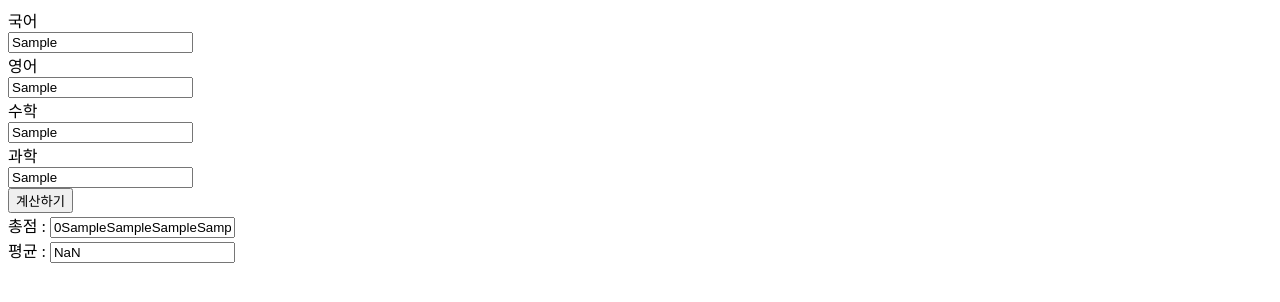
Repository: astute22/web-p
Page: simple-script/WebContent/day4/sample7.html
These files come from the project's save history. The page is drawn as it stood at one moment and after the next save; the edit follows.
The browser window is 1280 px wide. The pictures show the whole page.
Empty fields were first filled with sample values (such as "Sample", 5 or name@example.com).
After loading, the first visible `#btn` was clicked once.

Above is the page before, as saved 2017-08-28 05:32:20.

After the next save:
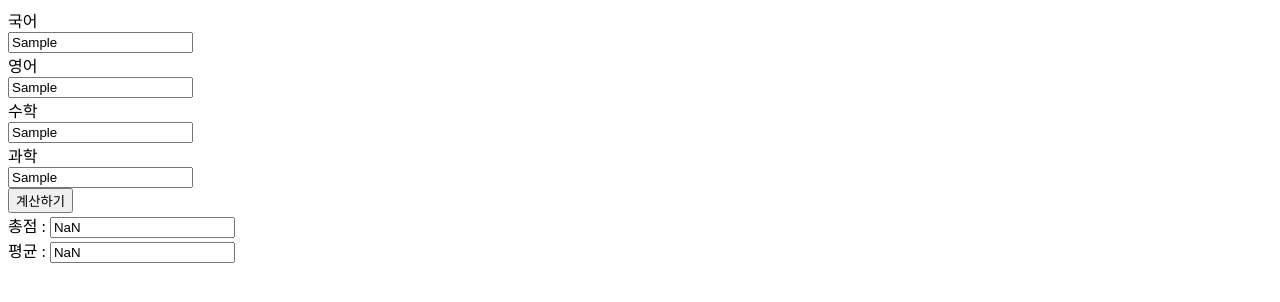
Saved 67 s later.
--- a/simple-script/WebContent/day4/sample7.html
+++ b/simple-script/WebContent/day4/sample7.html
@@ -33,7 +33,7 @@
 		var res1 = 0;
 		for(var i=0;i<fields.length; i++){
 			var score = fields[i].value;
-			totalScore+=score;
+			totalScore+=parseInt(score);
 		}
 		document.getElementById('total-score').value = totalScore;
 		document.getElementById('avg-score').value = totalScore/fields.length;
